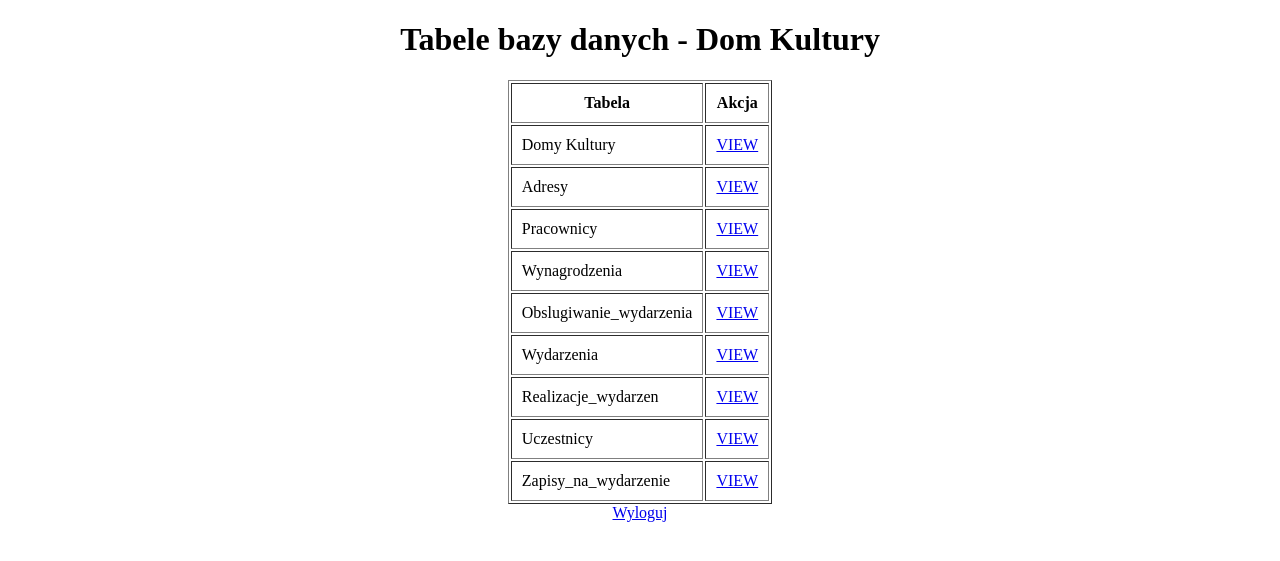
Repository: marcinRuta/houseOfCulture-crud-webapp-database
Page: http://localhost/ptables
These files come from the project's save history. The page is drawn as it stood at one moment and after the next save; the edit follows.
The browser window is 1280 px wide. The pictures show the whole page.
The page is this project's Thymeleaf template; nobody is signed in. The template is opened directly, without the code that normally fills it, so the values that code supplies are empty.

Above is the page before, as saved 2021-01-09 12:12:06.

After the next save:
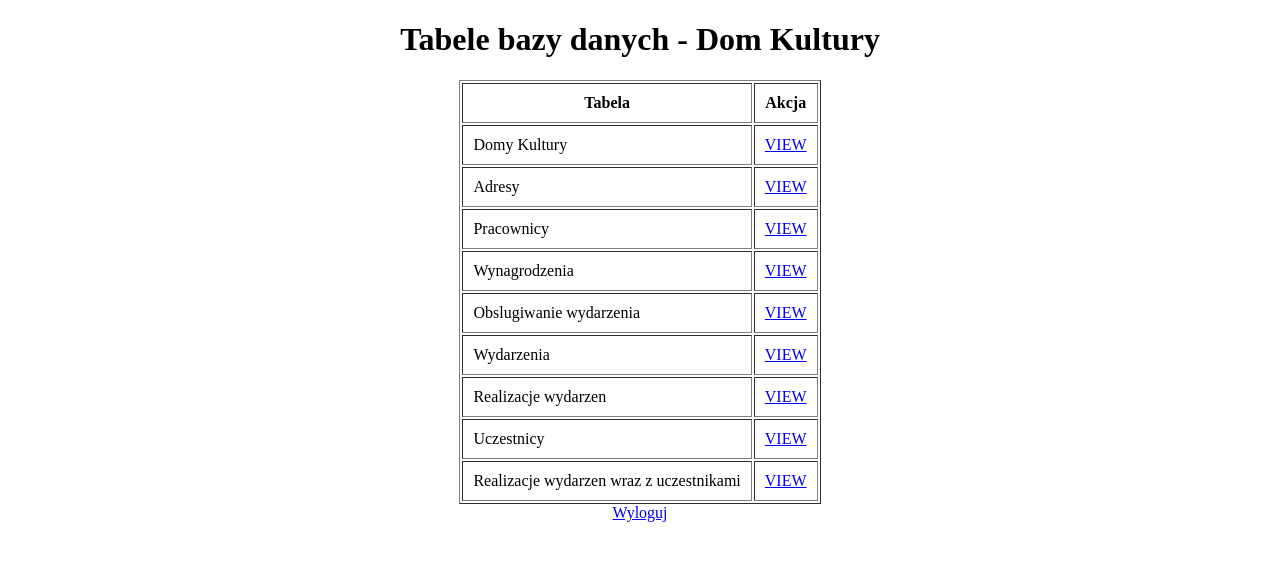
Saved 72 s later.
--- a/DomKultury/src/main/resources/templates/ptables.html
+++ b/DomKultury/src/main/resources/templates/ptables.html
@@ -41,7 +41,7 @@
 					<td><a href="/WYN">VIEW</a></td>
 				</tr>
 				<tr>
-					<td>Obslugiwanie_wydarzenia</td>
+					<td>Obslugiwanie wydarzenia</td>
 					<td><a href="/OW">VIEW</a></td>
 				</tr>
 				<tr>
@@ -49,15 +49,18 @@
 					<td><a href="/W">VIEW</a></td>
 				</tr>
 				<tr>
-					<td>Realizacje_wydarzen</td>
+					<td>Realizacje wydarzen</td>
 					<td><a href="/RW">VIEW</a></td>
 				</tr>
 				<tr>
 					<td>Uczestnicy</td>
 					<td><a href="/U">VIEW</a></td>
 				</tr>
+
+				<!-- Do zrobienia -->
+
 				<tr>
-					<td>Zapisy_na_wydarzenie</td>
+					<td>Realizacje wydarzen wraz z uczestnikami</td>
 					<td><a href="/ZNW">VIEW</a></td>
 				</tr>
 			</tbody>
